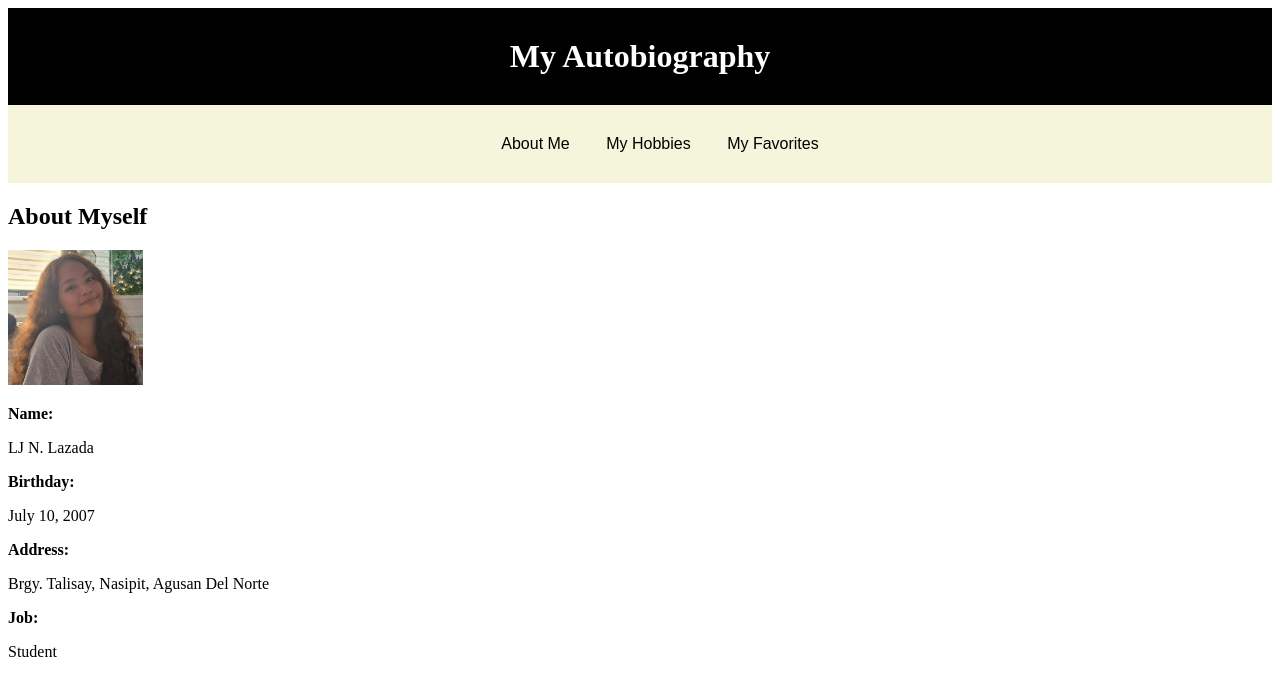
Repository: ljlazada11/MyHtmlCssActivity
Page: index.html
An editor plug-in stored every save of this project. The page is shown before and after the next save, followed by the edit.
The browser window is 1280 px wide. The pictures show the whole page.

Above is the page before, as saved 2026-07-15 19:16:10.

### index.html
<!DOCTYPE html>
<html lang="en">
<head>
    <meta charset="UTF-8">
    <meta name="viewport" content="width=device-width, initial-scale=1.0">
    <title>My Information</title>
    <link rel="stylesheet" href="CSS/style.css">
    <link rel="icon" href="image/smcclogo.jpg" type="image/x-icon">
</head>
    <header>
        <h1 id="My-autobiography">My Autobiography</h1>
    <nav>
        <ul>
            <a href="About Me">About Me</a>
            <a href="My Hobbies">My Hobbies</a>
            <a href="My Favorites">My Favorites</a>
        </ul>
    </nav>
    </header>
<body>
    <h2>About Myself</h2>
    <img src="image/pic1.jpg" alt="pic1" class="myself">

    <div class="About Me">

    <article>
        <p><strong>Name:</strong></p>
        <p>LJ N. Lazada</p>
    </article>

    <article>
        <p><strong>Birthday:</strong></p>
        <p>July 10, 2007</p>
    </article>

    <article>
        <p><strong>Address:</strong></p>
        <p>Brgy. Talisay, Nasipit, Agusan Del Norte</p>
    </article>

    <article>
        <p><strong>Job:</strong></p>
        <p>Student</p>
    </article>


    <div>
</div>


</body>
</html>

### CSS/style.css
h1 {
    text-align: center;
    color: white;
    background-color: black;
    margin: 0;
    padding: 30px;
    box-sizing: border-box;
}
nav {
    background-color:beige;
    color: white;
    text-align: center;
    overflow: hidden;
    font-family: Arial, sans-serif;
}
nav a {
    display: inline-block;
    color: black;
    text-align: center;
    padding: 14px 16px;
    text-decoration: none;
}

img {
    margin-left: auto;
    width: 135px;
    height: 135px;

}
.AboutMe.container {
    display: flex;
    gap: 20px;
    align-items: flex-start;

}
.article {
    position: relative;
    margin-top: -9px;
}

After the next save:
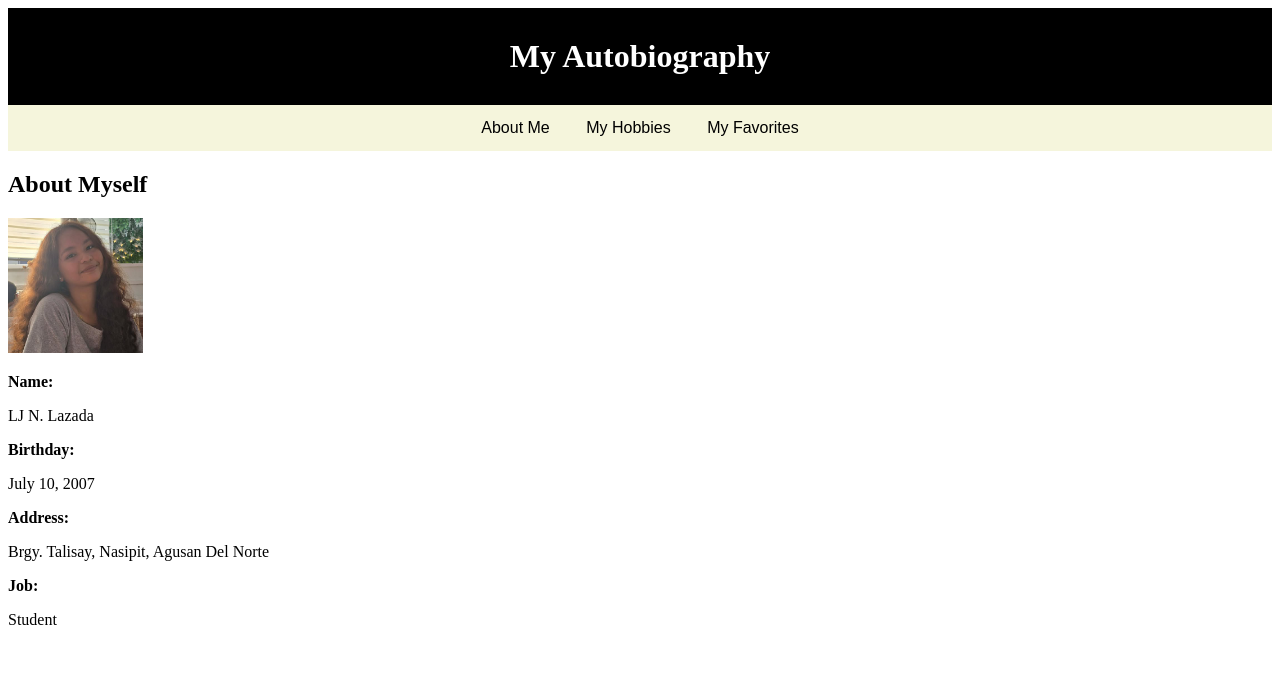
Saved 115 s later.
--- a/index.html
+++ b/index.html
@@ -10,11 +10,9 @@
     <header>
         <h1 id="My-autobiography">My Autobiography</h1>
     <nav>
-        <ul>
             <a href="About Me">About Me</a>
             <a href="My Hobbies">My Hobbies</a>
             <a href="My Favorites">My Favorites</a>
-        </ul>
     </nav>
     </header>
 <body>
